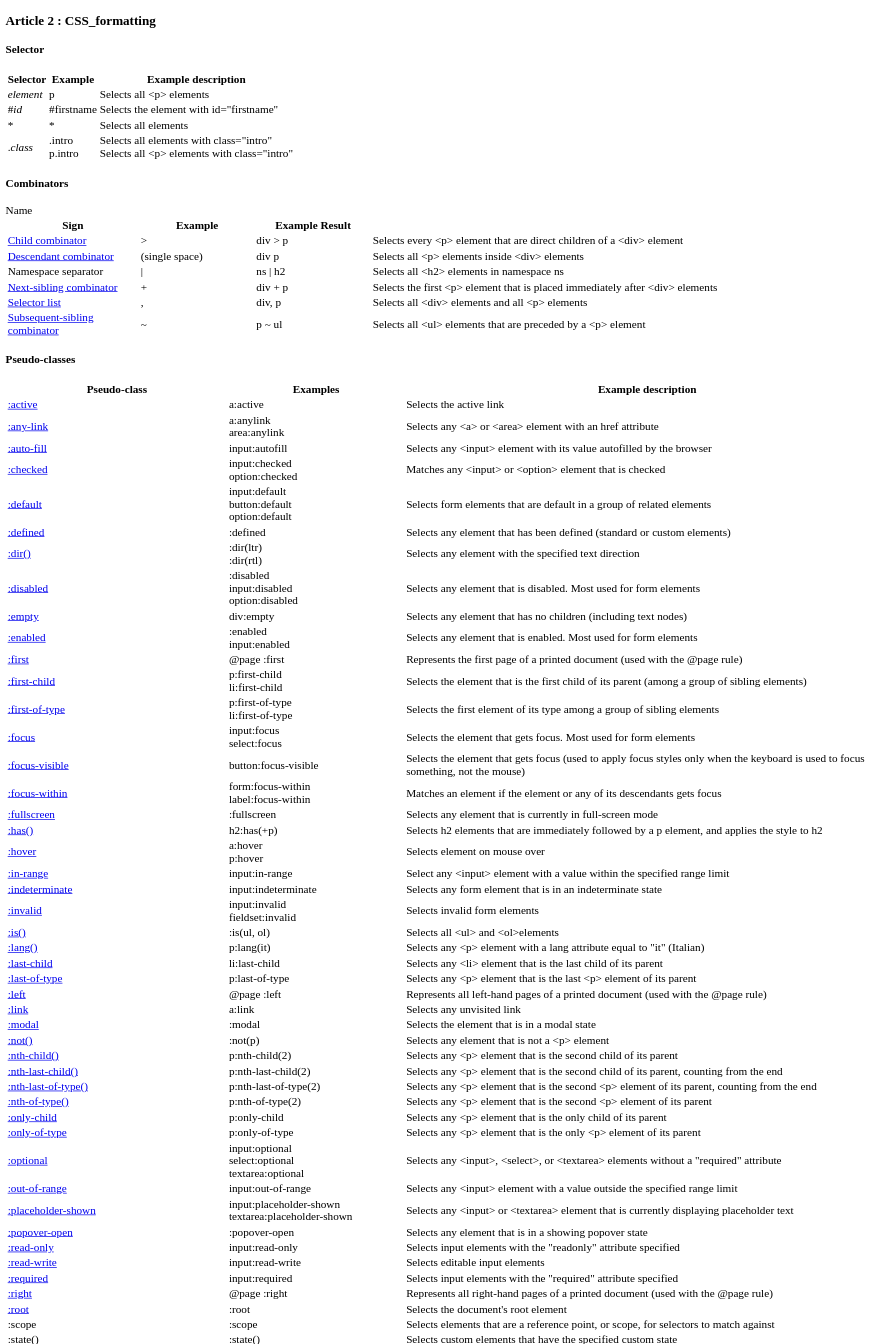
Repository: AnnaSpirit/2025_
Page: Bases/CSS_formatting.html
The author's editor kept a copy of each file at every save. The page is drawn from the files as they stood at one save, then again after the next save.
The browser window is 1280 px wide. The pictures show the part of the page from y = 0 to 1920 px (the page is 2615 px tall), at 70% of full size.

Above is the page before, as saved 2025-01-09 13:06:32.

### Bases/CSS_formatting.html
<!DOCTYPE html>
<html lang="en">
<head>
	<meta charset="UTF-8">
	<meta name="viewport" content="width=device-width, initial-scale=1.0">
	<title>CSS_formatting</title>
	<style>
		th{
		display: table-cell;
		vertical-align: inherit;
		font-weight: bold;
		padding: 1px;
		text-align: -moz-center-or-inherit;
		}
	</style>
</head>
<body>
<h3>Article 2 : CSS_formatting</h3>
<h4>Selector</h4>
<table>
<tr>
	<th>Selector</th>
	<th>Example</th>
	<th>Example description</th>
</tr>
<tr>
	<td><i>element</i></td>
	<td>p</td>
	<td>Selects all &lt;p&gt; elements</td>
</tr>
<tr>
	<td>#<i>id</i></td>
	<td>#firstname</td>
	<td>Selects the element with id="firstname"</td>
</tr>
<tr>
	<td>*</td>
	<td>*</td>
	<td>Selects all elements</td>
</tr>
<tr>
	<td>.<i>class</i></a></td>
	<td>.intro<br>p.intro</td>
	<td>Selects all elements with class="intro"<br>Selects all &lt;p&gt; elements with class="intro"
	</td>
</tr>
</table>
<h4>Combinators</h4>
<table class="ws-ta>
<tbody>
	<tr>
		<th style="width:32%">Name</th>
		<th style="width:15%">Sign</th>
		<th style="width:13%">Example</th>
		<th>Example Result</th>
	</tr>
	<tr>
		<td><a href="sel_element_gt.php">Child combinator</a></td>
		<td>&gt;</td>
		<td>div &gt; p</td>
		<td>Selects every &lt;p&gt; element that are direct children of a &lt;div&gt; element</td>
	</tr>
	<tr>
		<td><a href="sel_element_element.php">Descendant combinator</a></td>
		<td>(single space)</td>
		<td>div p</td>
		<td>Selects all &lt;p&gt; elements inside &lt;div&gt; elements</td>
	</tr>
	<tr>
		<td>Namespace separator</td>
		<td>|</td>
		<td>ns | h2</td>
		<td>Selects all &lt;h2&gt; elements in namespace ns</td>
	</tr>
	<tr>
		<td><a href="sel_element_pluss.php">Next-sibling combinator</a></td>
		<td>+</td>
		<td>div + p</td>
		<td>Selects the first &lt;p&gt; element that is placed immediately after &lt;div&gt; elements</td>
	</tr>
	<tr>
		<td><a href="sel_element_comma.php">Selector list</a></td>
		<td>,</td>
		<td>div, p</td>
		<td>Selects all &lt;div&gt; elements and all &lt;p&gt; elements</td>
	</tr>
	<tr>
		<td><a href="sel_gen_sibling.php">Subsequent-sibling combinator</a> </td>
		<td>~</td>
		<td>p ~ ul</td>
		<td>Selects all &lt;ul&gt; elements that are preceded by a &lt;p&gt; element</td>
	</tr>
</tbody>
</table>
<h4>Pseudo-classes</h4>
<table>
<tr>
	<th style="width:25%">Pseudo-class</th>
	<th style="width:20%">Examples</th>
	<th>Example description</th>
</tr>
<tr>
	<td><a href="sel_active.php">:active</a></td>
	<td>a:active</td>
	<td>Selects the active link</td>
</tr>
<tr>
	<td><a href="sel_any-link.php">:any-link</a></td>
	<td>a:anylink<br>area:anylink</td>
	<td>Selects any &lt;a&gt; or &lt;area&gt; element with an href attribute</td>
</tr>
<tr>
	<td><a href="sel_autofill.php">:auto-fill</a></td>
	<td>input:autofill</td>
	<td>Selects any &lt;input&gt; element with its value autofilled by the
		browser</td>
</tr>
<tr>
	<td><a href="sel_checked.php">:checked</a></td>
	<td>input:checked<br>option:checked</td>
	<td>Matches any &lt;input&gt; or &lt;option&gt; element that is checked</td>
</tr>
<tr>
	<td><a href="sel_default.php">:default</a></td>
	<td>input:default<br>button:default<br>option:default</td>
	<td>Selects form elements that are default in a group of related elements</td>
</tr>
<tr>
	<td><a href="sel_defined.php">:defined</a></td>
	<td>:defined</td>
	<td>Selects any element that has been defined (standard or custom
		elements)</td>
</tr>
<tr>
	<td><a href="sel_dir.php">:dir()</a></td>
	<td>:dir(ltr)<br>:dir(rtl)</td>
	<td>Selects any element with the specified text direction</td>
</tr>
<tr>
	<td><a href="sel_disabled.php">:disabled</a></td>
	<td>:disabled<br>input:disabled<br>option:disabled</td>
	<td>Selects any element that is disabled. Most used for form elements</td>
</tr>
<tr>
	<td><a href="sel_empty.php">:empty</a></td>
	<td>div:empty</td>
	<td>Selects any element that has no children (including text nodes)</td>
</tr>
<tr>
	<td><a href="sel_enabled.php">:enabled</a></td>
	<td>:enabled<br>input:enabled</td>
	<td>Selects any element that is enabled. Most used for form elements</td>
</tr>
<tr>
	<td><a href="sel_first.php">:first</a></td>
	<td>@page :first</td>
	<td>Represents the first page of a printed document (used with the @page
		rule)</td>
</tr>
<tr>
	<td><a href="sel_firstchild.php">:first-child</a></td>
	<td>p:first-child<br>li:first-child</td>
	<td>Selects the element that is the first child of its parent (among a group
		of sibling elements)</td>
</tr>
<tr>
	<td><a href="sel_first-of-type.php">:first-of-type</a></td>
	<td>p:first-of-type<br>li:first-of-type</td>
	<td>Selects the first element of its type among a group of sibling elements</td>
</tr>
<tr>
	<td><a href="sel_focus.php">:focus</a></td>
	<td>input:focus<br>select:focus</td>
	<td>Selects the element that gets focus. Most used for form elements</td>
</tr>
<tr>
	<td><a href="sel_focus-visible.php">:focus-visible</a></td>
	<td>button:focus-visible</td>
	<td>Selects the element that gets focus (used to apply focus styles only
		when the keyboard is used to focus something, not the mouse)</td>
</tr>
<tr>
	<td><a href="sel_focus-within.php">:focus-within</a></td>
	<td>form:focus-within<br>label:focus-within</td>
	<td>Matches an element if the element or any of its descendants gets focus</td>
</tr>
<tr>
	<td><a href="sel_fullscreen.php">:fullscreen</a></td>
	<td>:fullscreen</td>
	<td>Selects any element that is currently in full-screen mode</td>
</tr>
<tr>
	<td><a href="sel_has.php">:has()</a></td>
	<td>h2:has(+p)</td>
	<td>Selects h2 elements that are immediately followed by a p element, and
		applies the style to h2</td>
</tr>
<tr>
	<td><a href="sel_hover.php">:hover</a></td>
	<td>a:hover<br>p:hover</td>
	<td>Selects element on mouse over</td>
</tr>
<tr>
	<td><a href="sel_in-range.php">:in-range</a></td>
	<td>input:in-range</td>
	<td>Select any &lt;input&gt; element with a value within the specified range
		limit</td>
</tr>
<tr>
	<td><a href="sel_indeterminate.php">:indeterminate</a></td>
	<td>input:indeterminate</td>
	<td>Selects any form element that is in an indeterminate state</td>
</tr>
<tr>
	<td><a href="sel_invalid.php">:invalid</a></td>
	<td>input:invalid<br>fieldset:invalid</td>
	<td>Selects invalid form elements</td>
</tr>
<tr>
	<td><a href="sel_is.php">:is()</a></td>
	<td>:is(ul, ol)</td>
	<td>Selects all &lt;ul&gt; and &lt;ol&gt;elements</td>
</tr>
<tr>
	<td><a href="sel_lang.php">:lang()</a></td>
	<td>p:lang(it)</td>
	<td>Selects any &lt;p&gt; element with a lang attribute equal to "it" (Italian)</td>
</tr>
<tr>
	<td><a href="sel_last-child.php">:last-child</a></td>
	<td>li:last-child</td>
	<td>Selects any &lt;li&gt; element that is the last child of its parent</td>
</tr>
<tr>
	<td><a href="sel_last-of-type.php">:last-of-type</a></td>
	<td>p:last-of-type</td>
	<td>Selects any &lt;p&gt; element that is the last &lt;p&gt; element of its parent</td>
</tr>
<tr>
	<td><a href="sel_left.php">:left</a></td>
	<td>@page :left</td>
	<td>Represents all left-hand pages of a printed document (used with the @page
		rule)</td>
</tr>
<tr>
	<td><a href="sel_link.php">:link</a></td>
	<td>a:link</td>
	<td>Selects any unvisited link</td>
</tr>
<tr>
	<td><a href="sel_modal.php">:modal</a></td>
	<td>:modal</td>
	<td>Selects the element that is in a modal state</td>
</tr>
<tr>
	<td><a href="sel_not.php">:not()</a></td>
	<td>:not(p)</td>
	<td>Selects any element that is not a &lt;p&gt; element</td>
</tr>
<tr>
	<td><a href="sel_nth-child.php">:nth-child()</a></td>
	<td>p:nth-child(2)</td>
	<td>Selects any &lt;p&gt; element that is the second child of its parent</td>
</tr>
<tr>
	<td><a href="sel_nth-last-child.php">:nth-last-child()</a></td>
	<td>p:nth-last-child(2)</td>
	<td>Selects any &lt;p&gt; element that is the second child of its parent, counting from the
		end</td>
</tr>
<tr>
	<td><a href="sel_nth-last-of-type.php">:nth-last-of-type()</a></td>
	<td>p:nth-last-of-type(2)</td>
	<td>Selects any &lt;p&gt; element that is the second &lt;p&gt; element of its parent, counting from the
		end</td>
</tr>
<tr>
	<td><a href="sel_nth-of-type.php">:nth-of-type()</a></td>
	<td>p:nth-of-type(2)</td>
	<td>Selects any &lt;p&gt; element that is the second &lt;p&gt; element of its parent</td>
</tr>
<tr>
	<td><a href="sel_only-child.php">:only-child</a></td>
	<td>p:only-child</td>
	<td>Selects any &lt;p&gt; element that is the only child of its parent</td>
</tr>
<tr>
	<td><a href="sel_only-of-type.php">:only-of-type</a></td>
	<td>p:only-of-type</td>
	<td>Selects any &lt;p&gt; element that is the only &lt;p&gt; element of its parent</td>
</tr>
<tr>
	<td><a href="sel_optional.php">:optional</a></td>
	<td>input:optional<br>select:optional<br>textarea:optional</td>
	<td>Selects any &lt;input&gt;, &lt;select&gt;, or &lt;textarea&gt; elements without
		a "required" attribute</td>
</tr>
<tr>
	<td><a href="sel_out-of-range.php">:out-of-range</a></td>
	<td>input:out-of-range</td>
	<td>Selects any &lt;input&gt; element with a value outside the specified range
		limit</td>
</tr>
<tr>
	<td><a href="sel_placeholder-shown.php">:placeholder-shown</a></td>
	<td>input:placeholder-shown<br>
		textarea:placeholder-shown</td>
	<td>Selects any &lt;input&gt; or &lt;textarea&gt; element that is currently displaying
		placeholder text</td>
</tr>
<tr>
	<td><a href="sel_popover-open.php">:popover-open</a></td>
	<td>:popover-open</td>
	<td>Selects any element that is in a showing popover state</td>
</tr>
<tr>
	<td><a href="sel_read-only.php">:read-only</a></td>
	<td>input:read-only</td>
	<td>Selects input elements with the "readonly" attribute specified</td>
</tr>
<tr>
	<td><a href="sel_read-write.php">:read-write</a></td>
	<td>input:read-write</td>
	<td>Selects editable input elements</td>
</tr>
<tr>
	<td><a href="sel_required.php">:required</a></td>
	<td>input:required</td>
	<td>Selects input elements with the "required" attribute specified</td>
</tr>
<tr>
	<td><a href="sel_right.php">:right</a></td>
	<td>@page :right</td>
	<td>Represents all right-hand pages of a printed document (used with the @page
		rule)</td>
</tr>
<tr>
	<td><a href="sel_root.php">:root</a></td>
	<td>:root</td>
	<td>Selects the document's root element</td>
</tr>
<tr>
	<td>:scope</td>
	<td>:scope</td>
	<td>Selects elements that are a reference point, or scope, for selectors to
		match against</td>
</tr>
<tr>
	<td>:state()</td>
	<td>:state()</td>
	<td>Selects custom elements that have the specified custom state</td>
</tr>
<tr>
	<td><a href="sel_target.php">:target</a></td>
	<td>:target </td>
	<td>Selects the current active target element</td>
</tr>
<tr>
	<td><a href="sel_user-invalid.php">:user-invalid</a></td>
	<td>:user-invalid</td>
	<td>Selects any form element with an invalid value (after the user have
		interacted with it)</td>
</tr>
<tr>
	<td><a href="sel_user-valid.php">:user-valid</a></td>
	<td>:user-valid</td>
	<td>Selects any form element with a valid value (after the user have
		interacted with it)</td>
</tr>
<tr>
	<td><a href="sel_valid.php">:valid</a></td>
	<td>input:valid</td>
	<td>Selects all input elements with a valid value</td>
</tr>
<tr>
	<td><a href="sel_visited.php">:visited</a></td>
	<td>a:visited<br>area:visited</td>
	<td>Selects all visited links</td>
</tr>
<tr>
	<td><a href="sel_where.php">:where()</a></td>
	<td>:where(ol, ul)</td>
	<td>Selects all &lt;ul&gt; and &lt;ol&gt;elements</td>
</tr>
</table>
<h4>Pseudo-elements</h4>
<table class="ws-ta>
<tbody>
	<tr>
		<th style="width:25%">Pseudo-element</th>
		<th style="width:25%">Example</th>
		<th>Example description</th>
	</tr>
	<tr>
		<td><a href="sel_after.php">::after</a></td>
		<td>p::after<br>div::after</td>
		<td>Inserts something after the content of the specified element</td>
	</tr>
	<tr>
		<td><a href="sel_backdrop.php">::backdrop</a></td>
		<td>dialog::backdrop</td>
		<td>Styles the viewbox behind a dialog box or popover element</td>
	</tr>
	<tr>
		<td><a href="sel_before.php">::before</a></td>
		<td>p::before<br>div::before</td>
		<td>Inserts something before the content of the specified element</td>
	</tr>
	<tr>
		<td><a href="sel_file-selector-button.php">::file-selector-button</a></td>
		<td>::file-selector-button</td>
		<td>Selects any button of type &lt;input type="file"&gt;</td>
	</tr>
	<tr>
		<td><a href="sel_firstletter.php">::first-letter</a></td>
		<td>p::first-letter</td>
		<td>Selects the first letter of every &lt;p&gt; element</td>
	</tr>
	<tr>
		<td><a href="sel_firstline.php">::first-line</a></td>
		<td>p::first-line</td>
		<td>Selects the first line of every &lt;p&gt; element</td>
	</tr>
	<tr>
		<td><a href="sel_grammar-error.php">::grammar-error</a></td>
		<td>::grammar-error</td>
		<td>Styles a text that the browser has flagged as grammatically incorrect</td>
	</tr>
	<tr>
		<td><a href="sel_highlight.php">::highlight()</a></td>
		<td>::highlight(custom-name)</td>
		<td>Selects a custom highlight</td>
	</tr>
	<tr>
		<td><a href="sel_marker.php">::marker</a></td>
		<td>::marker</td>
		<td>Selects the markers of list items</td>
	</tr>
	<tr>
		<td><a href="sel_placeholder.php">::placeholder</a></td>
		<td>input::placeholder<br>textarea::placeholder</td>
		<td>Styles the placeholder text of &lt;input&gt; or &lt;textarea&gt; elements</td>
	</tr>
	<tr>
		<td><a href="sel_selection.php">::selection</a></td>
		<td>::selection</td>
		<td>Styles the user-selected text</td>
	</tr>
	<tr>
		<td><a href="sel_spelling-error.php">::spelling-error</a></td>
		<td>::spelling-error</td>
		<td>Styles a text that the browser has flagged as incorrectly spelled</td>
	</tr>
	<tr>
		<td>::view-transition</td>
		<td>::view-transition</td>
		<td>Represents the root of the view transitions overlay, which contains all
			view transition on the page</td>
	</tr>
	<tr>
		<td>::view-transition-group</td>
		<td>::view-transition-group</td>
		<td>Represents a single view transition snapshot group</td>
	</tr>
	<tr>
		<td>::view-transition-image-pair</td>
		<td>::view-transition-image-pair</td>
		<td>Represents a container for a view transition's "old" and "new" view
			states - before and after the transition</td>
	</tr>
	<tr>
		<td>::view-transition-new</td>
		<td>::view-transition-new</td>
		<td>Represents the "new" view state of a view transition</td>
	</tr>
	<tr>
		<td>::view-transition-old</td>
		<td>::view-transition-old</td>
		<td>Represents the "old" view state of a view transition</td>
	</tr>
</tbody>
</table>
</body>
</html>

After the next save:
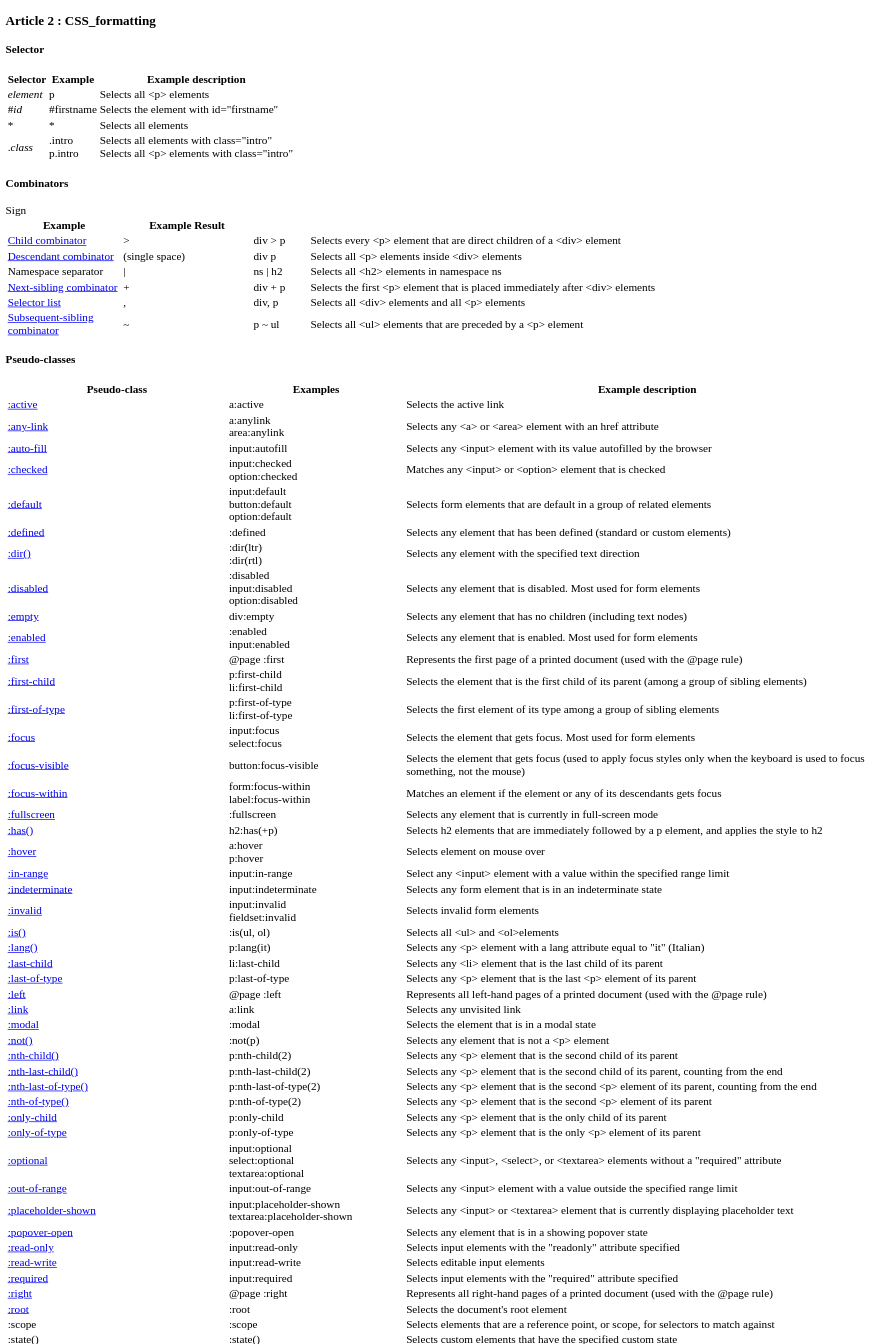
Saved 37 s later.
--- a/Bases/CSS_formatting.html
+++ b/Bases/CSS_formatting.html
@@ -49,7 +49,7 @@
 <table class="ws-ta>
 <tbody>
 	<tr>
-		<th style="width:32%">Name</th>
+		<th>Name</th>
 		<th style="width:15%">Sign</th>
 		<th style="width:13%">Example</th>
 		<th>Example Result</th>
